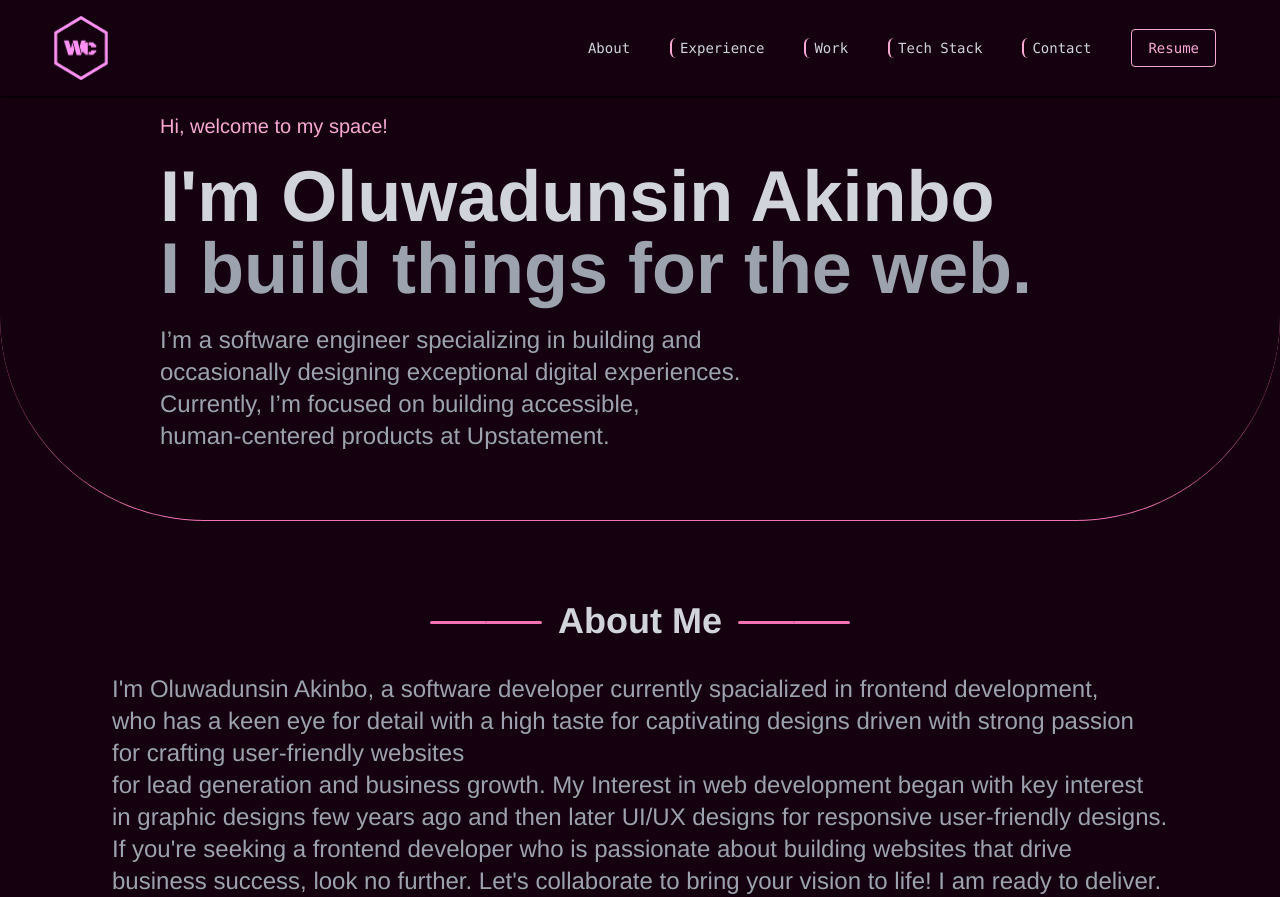
Repository: EmmyDunny1/myPortfolio
Page: / (app in MyPortfolio/)
The author's editor kept a copy of each file at every save. The page is drawn from the files as they stood at one save, then again after the next save.
The browser window is 1280 px wide. The pictures show the whole page.
The project was rebuilt for these pictures with package versions that can differ from the ones it lists, and the page was loaded fresh each time. Also part of the build but not shown: MyPortfolio/vite.config.js.

Above is the page before, as saved 2025-01-14 11:08:27.

After the next save:
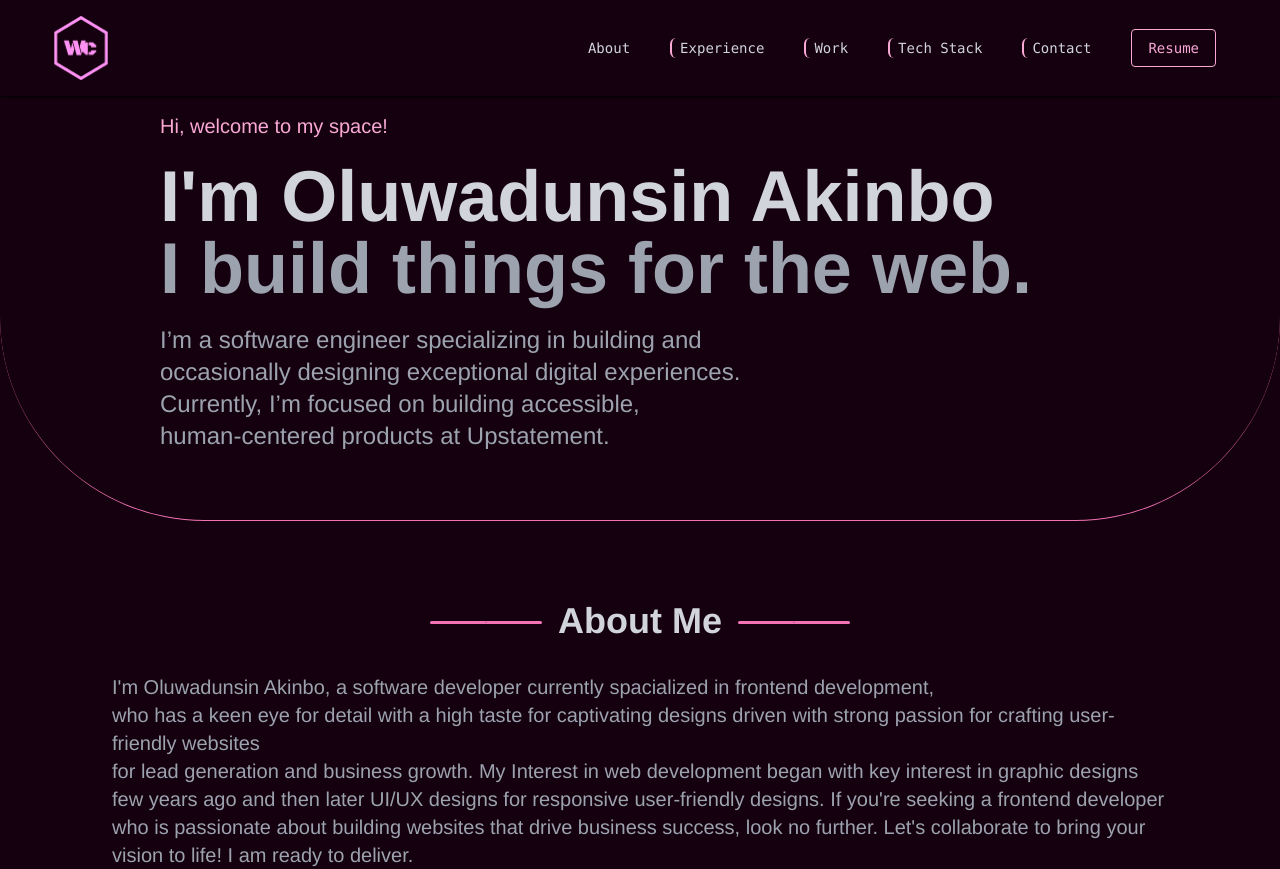
Saved 105 s later.
--- a/MyPortfolio/src/components/AboutMe.jsx
+++ b/MyPortfolio/src/components/AboutMe.jsx
@@ -12,7 +12,7 @@ const AboutMe = () => {
       </div>
     <div className='flex'>
         <div>
-            <p className='text-gray-400 text-2xl'>I'm Oluwadunsin Akinbo, a software developer currently spacialized in frontend development, <br />who has a keen eye for detail with a high taste for captivating designs driven with strong passion for crafting user-friendly websites <br />for lead generation and business growth.
+            <p className='text-gray-400 text-xl'>I'm Oluwadunsin Akinbo, a software developer currently spacialized in frontend development, <br />who has a keen eye for detail with a high taste for captivating designs driven with strong passion for crafting user-friendly websites <br />for lead generation and business growth.
 
                My Interest in web development began with key interest in graphic designs few years ago and then later UI/UX designs for responsive user-friendly designs.
 
